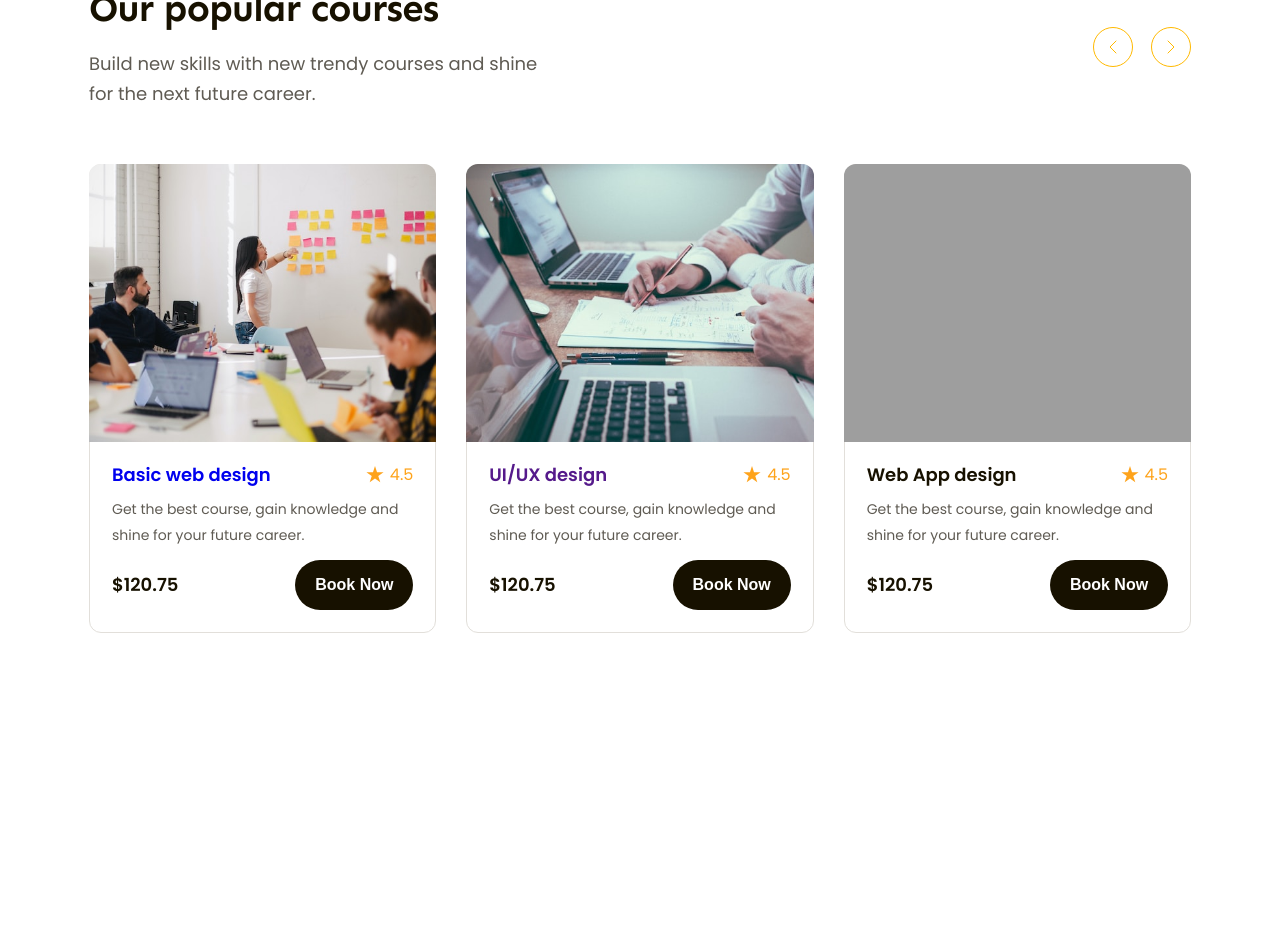
Repository: anhtien111198/f8-htmlcss-02
Page: index.html
An editor plug-in stored every save of this project. The page is shown before and after the next save, followed by the edit.
The browser window is 1280 px wide. The pictures show the part of the page from y = 1115 to 2067 px (the page is 5000 px tall).
Pictures or frames that could not be fetched are drawn as grey boxes. A picture or video elsewhere on the page could not be fetched, so the positions and the page height are approximate.

Above is the page before, as saved 2023-05-09 10:56:55.

### index.html
<!DOCTYPE html>
<html lang="en">
    <head>
        <meta charset="UTF-8" />
        <meta http-equiv="X-UA-Compatible" content="IE=edge" />
        <meta name="viewport" content="width=device-width, initial-scale=1.0" />
        <title>F8 project 02</title>
        <!-- reset css -->
        <link rel="stylesheet" href="./assets/css/reset.css" />
        <!-- font style -->
        <link rel="preconnect" href="https://fonts.googleapis.com" />
        <link rel="preconnect" href="https://fonts.gstatic.com" crossorigin />
        <link
            href="https://fonts.googleapis.com/css2?family=Poppins:ital,wght@0,400;0,500;0,600;0,700;0,800;0,900;1,400&family=Sen:wght@700&display=swap"
            rel="stylesheet"
        />
        <!-- style css -->
        <link rel="stylesheet" href="./assets/css/style.css" />
    </head>
    <body>
        <main style="height: 5000px">
            <!-- header -->
            <header class="header fixed">
                <div class="main-content">
                    <div class="body">
                        <img
                            src="./assets/img/Logo.svg"
                            alt="lesson."
                            class="logo"
                        />
                        <!-- nav -->
                        <nav class="nav">
                            <ul>
                                <li class="active">
                                    <a href="#!">Home</a>
                                </li>
                                <li>
                                    <a href="#!">Courses</a>
                                </li>
                                <li>
                                    <a href="#!">Pricing</a>
                                </li>
                                <li>
                                    <a href="#!">Reviews</a>
                                </li>
                            </ul>
                        </nav>
                        <!-- action -->
                        <div class="action">
                            <a href="#!" class="btn sign-up-btn">Sign Up</a>
                        </div>
                    </div>
                </div>
            </header>
            <!-- Hero -->
            <div class="hero">
                <div class="main-content">
                    <div class="body">
                        <!-- hero-left -->
                        <div class="media-block">
                            <img
                                src="./assets/img/hero-img-2.jpg"
                                alt="Learn without limits and spread knowledge."
                                class="img"
                            />
                            <div class="hero-summary">
                                <div class="item">
                                    <div class="icon">
                                        <img
                                            src="./assets/icons/list.svg"
                                            alt="list"
                                        />
                                    </div>
                                    <div class="info">
                                        <p class="label">20 Courses</p>
                                        <p class="title">UI/UX Design</p>
                                    </div>
                                </div>

                                <div class="item">
                                    <div class="icon">
                                        <img
                                            src="./assets/icons/code.svg"
                                            alt="list"
                                        />
                                    </div>
                                    <div class="info">
                                        <p class="label">20 Courses</p>
                                        <p class="title">Development</p>
                                    </div>
                                </div>

                                <div class="item">
                                    <div class="icon">
                                        <img
                                            src="./assets/icons/speaker.svg"
                                            alt="list"
                                        />
                                    </div>
                                    <div class="info">
                                        <p class="label">30 Courses</p>
                                        <p class="title">Marketing</p>
                                    </div>
                                </div>
                            </div>
                        </div>
                        <!-- hero right -->
                        <div class="content-block">
                            <h1 class="heading lv1">
                                Learn without limits and spread knowledge.
                            </h1>
                            <p class="desc">
                                Build new skills for that “this is my year”
                                feeling with courses, certificates, and degrees
                                from world-class universities and companies.
                            </p>
                            <div class="cta-group">
                                <a href="" class="btn hero-cta">See Course</a>
                                <button class="watch-video">
                                    <div class="icon">
                                        <img
                                            src="./assets/icons/play.svg"
                                            alt="play"
                                        />
                                    </div>
                                    <span>Watch Video</span>
                                </button>
                            </div>
                            <p class="desc">Recent engagement</p>
                            <p class="desc stats">
                                <strong>50K</strong> Students
                                <strong>70+</strong> Courses
                            </p>
                        </div>
                    </div>
                </div>
            </div>
            <!-- Popular -->
            <div class="popular">
                <div class="main-content">
                    <div class="popular-top">
                        <div class="info">
                            <h2 class="heading lv2">Our popular courses</h2>
                            <p class="desc">
                                Build new skills with new trendy courses and
                                shine for the next future career.
                            </p>
                        </div>
                        <div class="controls">
                            <button class="control-btn">
                                <svg
                                    width="8"
                                    height="14"
                                    viewBox="0 0 8 14"
                                    fill="none"
                                    xmlns="http://www.w3.org/2000/svg"
                                >
                                    <path
                                        d="M7 1L1 7L7 13"
                                        stroke="currentColor"
                                        stroke-linecap="round"
                                        stroke-linejoin="round"
                                    />
                                </svg>
                            </button>
                            <button class="control-btn">
                                <svg
                                    width="8"
                                    height="14"
                                    viewBox="0 0 8 14"
                                    fill="none"
                                    xmlns="http://www.w3.org/2000/svg"
                                >
                                    <path
                                        d="M1 1L7 7L1 13"
                                        stroke="currentColor"
                                        stroke-linecap="round"
                                        stroke-linejoin="round"
                                    />
                                </svg>
                            </button>
                        </div>
                    </div>

                    <div class="course-list">
                        <!-- course 1 -->
                        <div class="course-item">
                            <a href="#!">
                                <img
                                    src="./assets/img/course-1.jpg"
                                    alt="Basic web design"
                                    class="thumb"
                                />
                            </a>
                            <div class="info">
                                <div class="head">
                                    <h3 class="title">
                                        <a href="#!">Basic web design</a>
                                    </h3>
                                    <div class="rating">
                                        <img
                                            src="./assets/icons/star.svg"
                                            alt="star"
                                            class="star"
                                        />
                                        <span class="value">4.5</span>
                                    </div>
                                </div>
                                <p class="desc">
                                    Get the best course, gain knowledge and
                                    shine for your future career.
                                </p>
                                <div class="foot">
                                    <span class="price">$120.75</span>
                                    <button class="btn book-btn">
                                        Book Now
                                    </button>
                                </div>
                            </div>
                        </div>

                        <!-- course-2 -->
                        <div class="course-item">
                            <a href="">
                                <img
                                    src="./assets/img/course-2.jpg"
                                    alt="UI/UX design"
                                    class="thumb"
                                />
                            </a>
                            <div class="info">
                                <div class="head">
                                    <h3 class="title">
                                        <a href=""> UI/UX design </a>
                                    </h3>
                                    <div class="rating">
                                        <img
                                            src="./assets/icons/star.svg"
                                            alt="star"
                                            class="star"
                                        />
                                        <span class="value">4.5</span>
                                    </div>
                                </div>
                                <p class="desc">
                                    Get the best course, gain knowledge and
                                    shine for your future career.
                                </p>
                                <div class="foot">
                                    <span class="price">$120.75</span>
                                    <button class="btn book-btn">
                                        Book Now
                                    </button>
                                </div>
                            </div>
                        </div>
                        <!-- course 3 -->
                        <div class="course-item">
                            <a href="">
                                <img
                                    src="./assets/img/course-3.jpg"
                                    alt="Web App design"
                                    class="thumb"
                                />
                            </a>
                            <div class="info">
                                <div class="head">
                                    <h3 class="title">Web App design</h3>
                                    <div class="rating">
                                        <img
                                            src="./assets/icons/star.svg"
                                            alt="star"
                                            class="star"
                                        />
                                        <span class="value">4.5</span>
                                    </div>
                                </div>
                                <p class="desc">
                                    Get the best course, gain knowledge and
                                    shine for your future career.
                                </p>
                                <div class="foot">
                                    <span class="price">$120.75</span>
                                    <button class="btn book-btn">
                                        Book Now
                                    </button>
                                </div>
                            </div>
                        </div>
                    </div>
                </div>
            </div>
        </main>
    </body>
</html>

### assets/css/style.css
* {
    box-sizing: border-box;
}
:root {
    --primary: #ffb900;
    --font-heading: Sen, sans-serif;
}
html {
    font-size: 62.5%;
}
body {
    font-size: 1.6rem;
    font-family: "Poppins", sans-serif;
}
/* =========Common============= */
a {
    text-decoration: none;
}
.btn {
    display: inline-block;
    min-width: 118px;
    padding: 0 16px;
    line-height: 50px;
    font-weight: 600;
    font-size: 1.6rem;
    text-align: center;
    color: #ffffff;
    background: #171100;
    border-radius: 999px;
}
.btn:hover {
    cursor: pointer;
    opacity: 0.9;
}
.heading {
    font-family: var(--font-heading);
    font-weight: 700;
    letter-spacing: -0.02em;
    color: #171100;
}
.heading.lv1 {
    font-size: 5.8rem;
    line-height: 1.17;
}
.heading.lv2 {
    font-size: 3.8rem;
    line-height: 1.26;
}
.main-content {
    width: 1170px;
    max-width: calc(100% - 48px);
    margin: auto;
}
/* =========Header============= */
.header {
    background-color: #fffcf4;
}
.header.fixed {
    position: sticky;
    top: -28px;
    z-index: 9;
}
.header .body {
    display: flex;
    align-items: center;
    padding: 36px 0 8px;
}
.nav {
    margin-left: auto;
}
.nav ul {
    display: flex;
}
.nav a {
    position: relative;
    padding: 8px 21px;
    font-weight: 400;
    font-size: 1.6rem;
    color: #5f5b53;
}
.nav a:hover,
.nav li.active a {
    /* font-weight: 600; */
    text-shadow: 1px 0 0 currentColor;
    color: #171100;
}
.nav li.active a::after {
    position: absolute;
    content: "";
    bottom: 6px;
    left: 21px;
    display: block;
    width: 12px;
    height: 2px;
    background: #171100;
    border-radius: 1px;
}
.header .sign-up-btn {
    min-width: 144px;
}
.header .action {
    margin-left: 49px;
}
/* =========hero============== */
.hero {
    padding: 56px 0 65px;
    background: #fffcf4;
}
.hero .body {
    display: flex;
}

/* ========hero left============== */
.hero .media-block {
    position: relative;
    width: 48%;
}
.hero .media-block .img {
    width: 470px;
    height: 685px;
    object-fit: cover;
    border-radius: 20px;
    /* dùng để xử lý phần thừa khi sử dụng thẻ inline */
    display: block;
}
.hero-summary {
    position: absolute;
    width: 270px;
    padding: 24px;
    right: 0;
    bottom: 48px;
    background: #ffffff;
    box-shadow: 0px 16px 32px rgba(0, 0, 0, 0.05);
    border-radius: 12px;
}
.hero-summary .item {
    display: flex;
    align-items: center;
}
.hero-summary .item + .item {
    margin-top: 22px;
}
.hero-summary .icon {
    width: 48px;
    height: 48px;
    border-radius: 50%;
    display: flex;
    justify-content: center;
    align-items: center;
    background: #fff9e8;
}
.hero-summary .item:nth-of-type(2) .icon {
    background: #fcefff;
}
.hero-summary .item:nth-of-type(2) .icon {
    background: #ebeaff;
}
.hero-summary .info {
    margin-left: 16px;
}
.hero-summary .label {
    font-weight: 400;
    font-size: 1.4rem;
    line-height: 1.86;
    color: #5f5b53;
}
.hero-summary .title {
    font-weight: 600;
    font-size: 1.8rem;
    line-height: 1.67;
    color: #171100;
}

/* =========hero right============= */
.hero .content-block {
    width: 52%;
    padding: 64px 0 0 130px;
}

.hero .desc {
    margin-top: 22px;
    font-weight: 400;
    font-size: 1.8rem;
    line-height: 1.67;
    color: #5f5b53;
}
.hero .cta-group {
    display: flex;
    align-items: center;
    margin: 38px 0 48px;
}
.hero-cta {
    min-width: 180px;
    line-height: 64px;
    background-color: var(--primary);
}
.hero .watch-video {
    display: flex;
    align-items: center;
    margin-left: 28px;
    border: none;
    background: #fffcf4;
    cursor: pointer;
}
.hero .watch-video .icon {
    display: flex;
    align-items: center;
    justify-content: center;
    width: 40px;
    height: 40px;
    border-radius: 50%;
    background: #ffffff;
    box-shadow: 0px 8px 16px rgba(0, 0, 0, 0.07);
}

.hero .watch-video span {
    margin-left: 14px;
    font-weight: 600;
    font-size: 1.8rem;
    line-height: 1.67;
    color: #171100;
    background: #fffcf4;
}
.hero .stats {
    margin: 8px 0 0 -28px;
}
.hero .stats strong {
    padding: 0 8px 0 28px;
    font-family: var(--font-heading);
    font-weight: 700;
    font-size: 4.4rem;
    line-height: 1.23;
    color: #171100;
}

/* =========Popular========= */
.popular {
    padding: 65px;
    margin-top: 135px;
}
.popular-top {
    display: flex;
    justify-content: space-between;
}
.popular-top .desc {
    margin-top: 16px;
    width: 458px;
    font-weight: 400;
    font-size: 1.8rem;
    line-height: 1.67;
    color: #5f5b53;
}
.popular-top .controls {
    display: flex;
    align-items: center;
    gap: 18px;
}
.popular-top .control-btn {
    display: flex;
    align-items: center;
    justify-content: center;
    width: 40px;
    height: 40px;
    border-radius: 50%;
    color: var(--primary);
    border: 1px solid var(--primary);
    background: transparent;
}
.popular-top .control-btn:hover {
    background: var(--primary);
    color: #fff;
    cursor: pointer;
}
.popular .course-list {
    display: flex;
    gap: 30px;
    margin-top: 55px;
}
.popular .course-item {
    flex: 1;
    background: #ffffff;
    border: 1px solid #e2dfda;
    border-radius: 12px;
}
.popular .course-item:hover {
    border-color: transparent;
    background: #ffffff;
    box-shadow: 0px 18px 36px rgba(0, 0, 0, 0.05);
}
.popular .course-item .thumb {
    width: calc(100% + 2px);
    height: 278px;
    margin: -1px;
    object-fit: cover;
    border-radius: 12px 12px 0px 0px;
}
.popular .course-item .info {
    padding: 16px 22px 22px 22px;
}
.popular .course-item .rating,
.popular .course-item .foot,
.popular .course-item .head {
    display: flex;
    align-items: center;
    justify-content: space-between;
}
.popular .course-item .title {
    font-weight: 600;
    font-size: 1.8rem;
    line-height: 1.67;
    color: #171100;
}
.popular .rating .value {
    margin-left: 6px;
    font-weight: 400;
    font-size: 1.6rem;
    line-height: 1.75;
    color: #fea31b;
}
.popular .course-item .desc {
    margin-top: 6px;
    font-weight: 400;
    font-size: 1.4rem;
    line-height: 1.86;
    color: #5f5b53;
}
.popular .course-item .foot {
    margin-top: 12px;
}

.popular .foot .price {
    font-weight: 600;
    font-size: 1.8rem;
    line-height: 1.67;
    color: #171100;
}
.popular .course-item .book-btn {
    border: none;
}
.popular .course-item .book-btn:hover {
    color: #fff;
    background: var(--primary);
}

Loaded but not shown: assets/css/reset.css (common file)

After the next save:
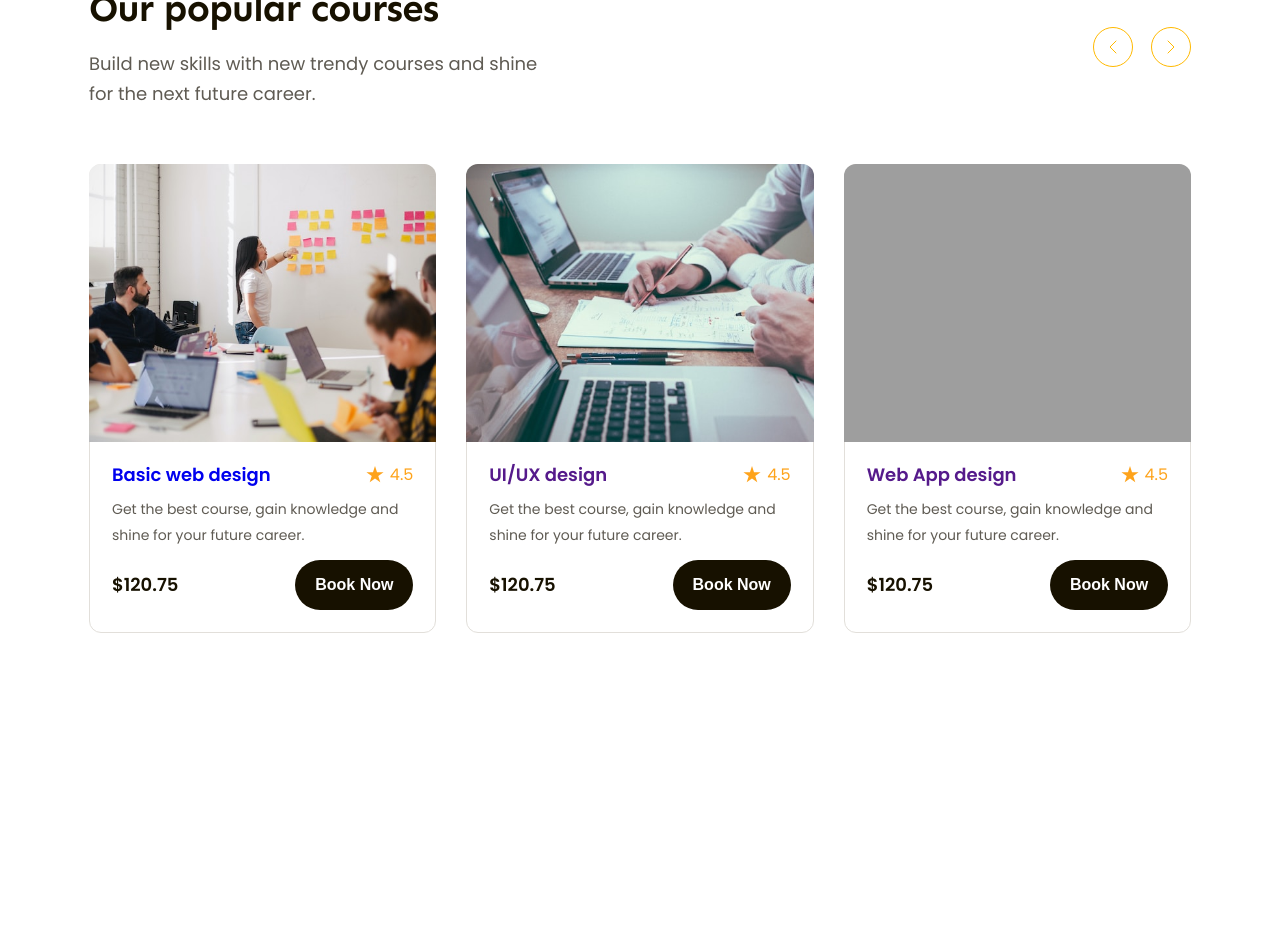
Saved 16 s later.
--- a/index.html
+++ b/index.html
@@ -265,7 +265,9 @@
                             </a>
                             <div class="info">
                                 <div class="head">
-                                    <h3 class="title">Web App design</h3>
+                                    <h3 class="title">
+                                        <a href="">Web App design</a>
+                                    </h3>
                                     <div class="rating">
                                         <img
                                             src="./assets/icons/star.svg"
